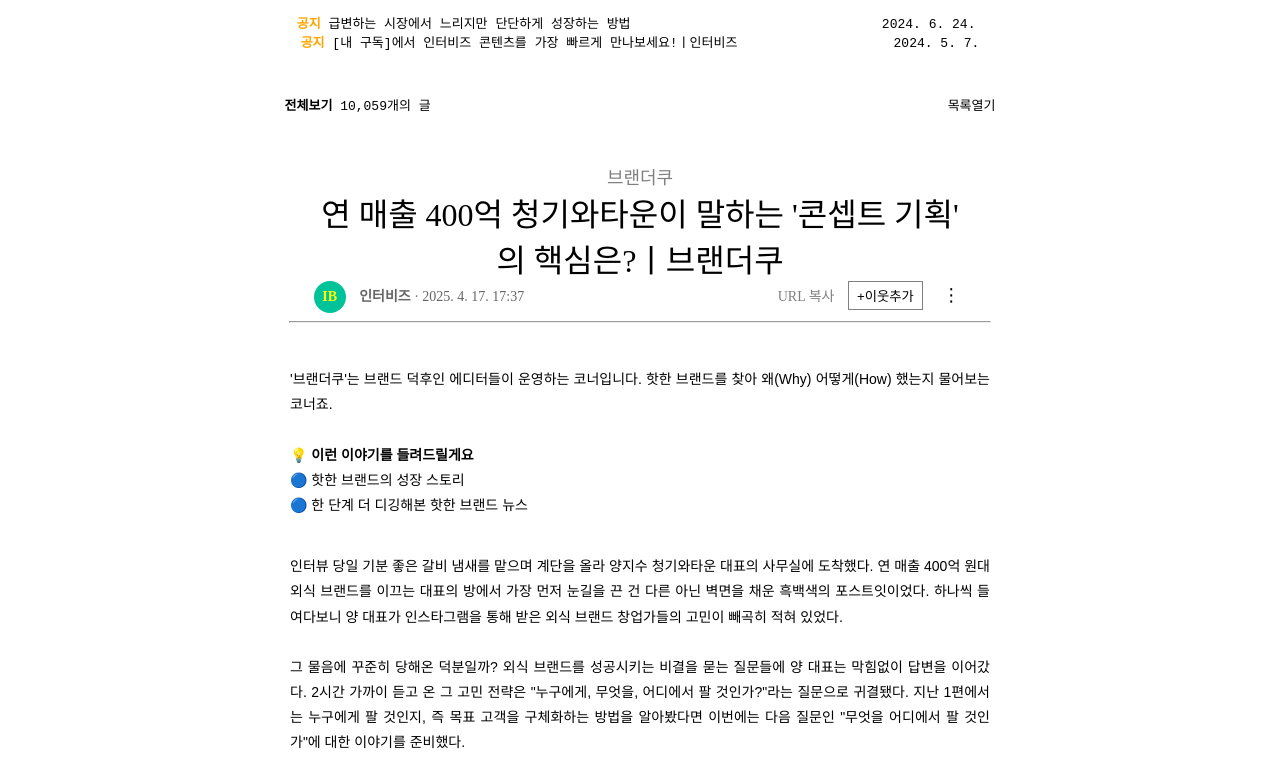
Repository: msgggg1/webPro
Page: webPro/src/main/webapp/html/days02/ex11.html
An editor plug-in stored every save of this project. The page is shown before and after the next save, followed by the edit.
The browser window is 1280 px wide. The pictures show the whole page.

Above is the page before, as saved 2025-04-22 15:41:51.

After the next save:
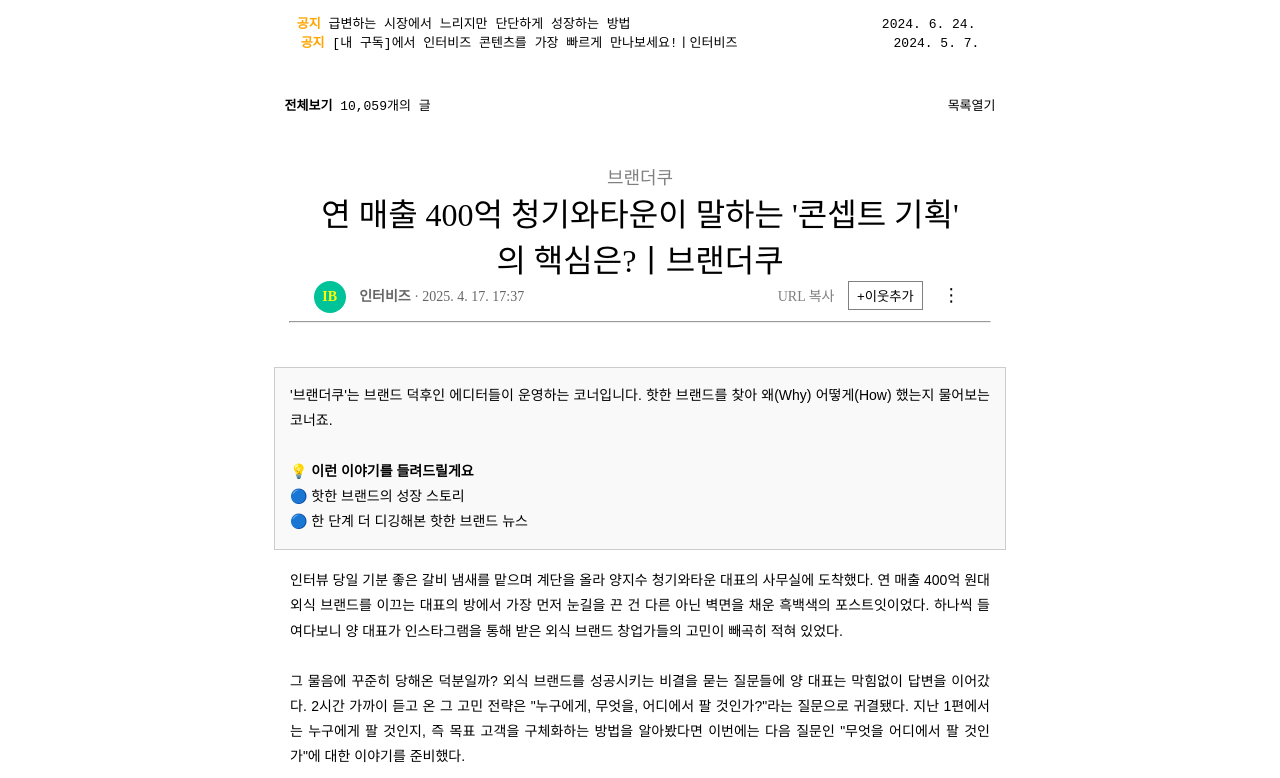
Saved 88 s later.
--- a/webPro/src/main/webapp/html/days02/ex11.html
+++ b/webPro/src/main/webapp/html/days02/ex11.html
@@ -65,7 +65,17 @@
 <br>
 <!-- 본문 -->
 <center>
-<font style="font-family: sans-serif; font-size: 14px; line-height: 1.8; display: block; width: 700px; text-align: justify;">
+  <font style="
+    font-family: sans-serif;
+    font-size: 14px;
+    line-height: 1.8;
+    display: inline-block;
+    width: 700px;
+    text-align: justify;
+    background-color: #f9f9f9;
+    border: 1px solid #ccc;
+    padding: 15px;
+  ">
   '브랜더쿠'는 브랜드 덕후인 에디터들이 운영하는 코너입니다. 핫한 브랜드를 찾아 왜(Why) 어떻게(How) 했는지 물어보는 코너죠.
   <br><br>
   💡 <b>이런 이야기를 들려드릴게요</b><br>
